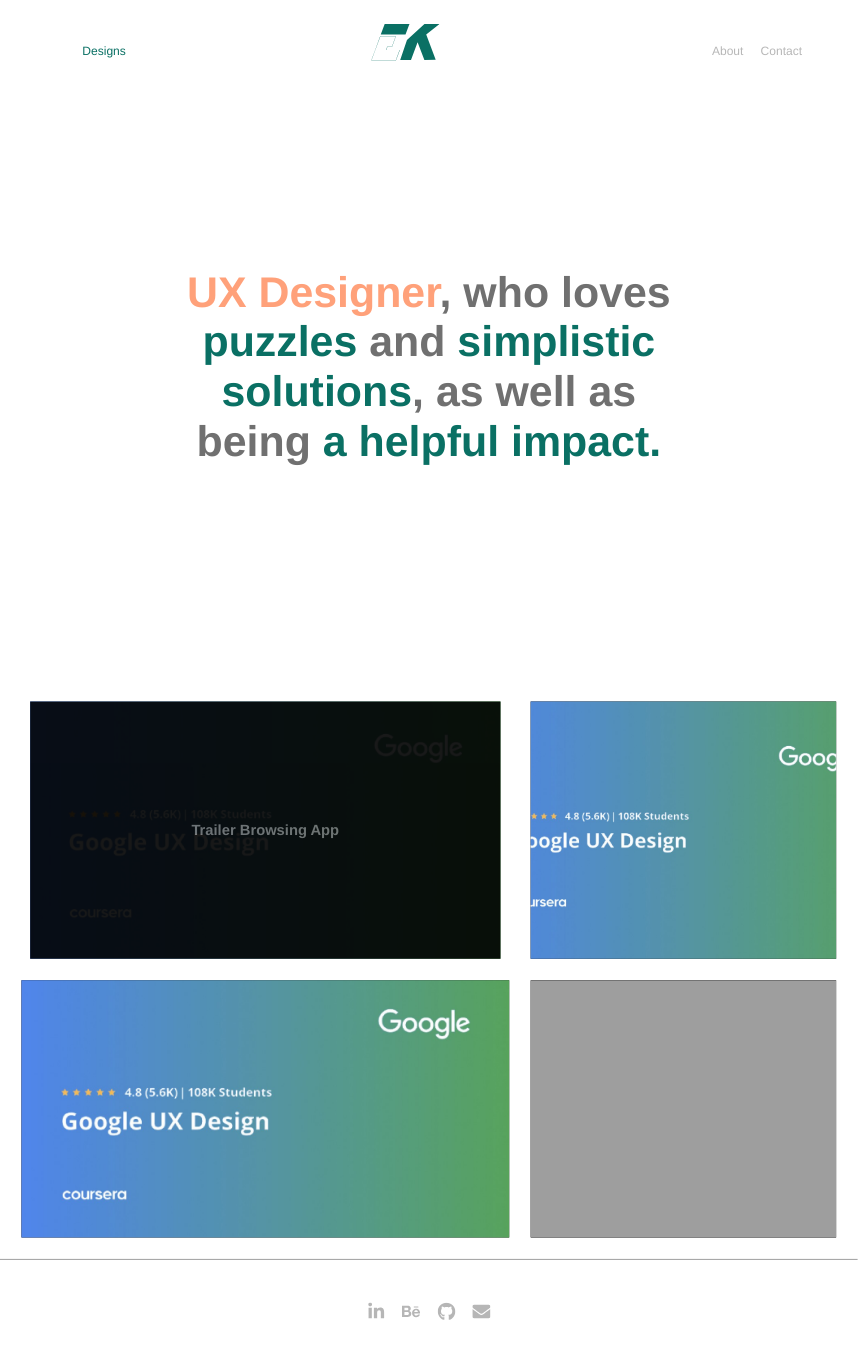
Repository: Kudom-E/Kudom-E.github.io
Page: /#/designs
These files come from the project's save history. The page is drawn as it stood at one moment and after a run of saves; the edit follows.
The browser window is 1280 px wide. The pictures show the whole page, at 67% of full size.
Pictures or frames that could not be fetched are drawn as grey boxes. The project was rebuilt for these pictures with package versions that can differ from the ones it lists, and the page was loaded fresh each time. Also part of the build but not shown: next.config.js, src/Pages/Splash/Splash.js, src/Pages/About/About.js, src/Pages/Contact/Contact.js, src/Pages/Project/Project.js, src/App.css.

Above is the page before, as saved 2022-03-31 22:38:21.

### public/index.html
<!DOCTYPE html>
<html lang="en">
  <head>
    <meta charset="utf-8" />
    <link rel="icon" href="%PUBLIC_URL%/favicon.ico" />
    <meta name="viewport" content="width=device-width, initial-scale=1" />
    <meta name="theme-color" content="#000000" />
    <meta
      name="description"
      content="Web site created using create-react-app"
    />
    <link rel="apple-touch-icon" href="%PUBLIC_URL%/logo192.png" />
    <!--
      manifest.json provides metadata used when your web app is installed on a
      user's mobile device or desktop. See https://developers.google.com/web/fundamentals/web-app-manifest/
    -->
    <link rel="manifest" href="%PUBLIC_URL%/manifest.json" />
    <!--
      Notice the use of %PUBLIC_URL% in the tags above.
      It will be replaced with the URL of the `public` folder during the build.
      Only files inside the `public` folder can be referenced from the HTML.

      Unlike "/favicon.ico" or "favicon.ico", "%PUBLIC_URL%/favicon.ico" will
      work correctly both with client-side routing and a non-root public URL.
      Learn how to configure a non-root public URL by running `npm run build`.
    -->
    <title>React App</title>
    <script type="text/javascript">
      // Single Page Apps for GitHub Pages
      // MIT License
      // https://github.com/rafgraph/spa-github-pages
      // This script checks to see if a redirect is present in the query string,
      // converts it back into the correct url and adds it to the
      // browser's history using window.history.replaceState(...),
      // which won't cause the browser to attempt to load the new url.
      // When the single page app is loaded further down in this file,
      // the correct url will be waiting in the browser's history for
      // the single page app to route accordingly.
      (function(l) {
        if (l.search[1] === '/' ) {
          var decoded = l.search.slice(1).split('&').map(function(s) {
            return s.replace(/~and~/g, '&')
          }).join('?');
          window.history.replaceState(null, null,
              l.pathname.slice(0, -1) + decoded + l.hash
          );
        }
      }(window.location))
    </script>
  </head>
  <body>
    <noscript>You need to enable JavaScript to run this app.</noscript>
    <div id="root"></div>
    <!--
      This HTML file is a template.
      If you open it directly in the browser, you will see an empty page.

      You can add webfonts, meta tags, or analytics to this file.
      The build step will place the bundled scripts into the <body> tag.

      To begin the development, run `npm start` or `yarn start`.
      To create a production bundle, use `npm run build` or `yarn build`.
    -->
  </body>
</html>

### src/index.css
body {
  margin: 0;
  font-family: 'Franklin Gothic Medium', 'Arial Narrow', Arial, sans-serif;
  -webkit-font-smoothing: antialiased;
  -moz-osx-font-smoothing: grayscale;
}

code {
  font-family: source-code-pro, Menlo, Monaco, Consolas, 'Courier New',
    monospace;
}

:root {
  --primary-color: #0A7064;
  --secondary-color: #FFA17A;
  --accent-color: #707070;
  --dark: #000000;
  --bright: #ffffff;
}

h1, h3, h4, a, p {
  color: var(--accent-color);
}

.details h1 {
  font-size: 5rem;
  color: var(--bright);
}

h1 {
  font-size: 4rem;
}

a {
  font-size: 1.125rem;
  opacity: 0.5;
  text-decoration: none;
  margin: 0 1vw;
}


ul a:hover {
  color: var(--primary-color);
  opacity: 1;
}

h2 {
  font-size: 2rem;
  color: var(--accent-color)
}

h3 {
  font-size: 1.375rem;
  margin: 0 1vw;
}

p {
  font-size: 1rem;
  margin: 0;
}

### src/App.js
import { BrowserRouter as Router, Route, HashRouter} from 'react-router-dom';
import { Routes } from "./Routes";
import './App.css';

function App() {
  return (
    <HashRouter>
    <div>
      {Routes.map((route, index) => {
        return (
          <Route
            key={index}
            path={route.path}
            exact={route.exact}
            component={ (props => {
              return (
                <route.layout {...props} splash={route.splash}>
                  <route.component {...props}/>
                </route.layout>
              );
            })}
          />
        );
      })}
    </div>
  </HashRouter>
  );
}

export default App;

### src/Routes.js
import Layout from "./Layout/Layout";
import Home from "./Pages/Home/Home";
import Splash from "./Pages/Splash/Splash";
import About from "./Pages/About/About"
import Contact from "./Pages/Contact/Contact"
import Project from "./Pages/Project/Project";

export const Routes = [
    {
        path: "/",
        exact: true,
        layout: Layout,
        component: Splash,
        splash: true
    },
    {
        path: "/designs",
        exact: true,
        layout: Layout,
        component: Home
    },
    {
        path: "/about",
        layout: Layout,
        component: About
    },
    {
        path: "/contact",
        layout: Layout,
        component: Contact
    },
    {
        path: "/trailer-browsing-project",
        layout: Layout,
        component: Project
    }
]

### src/Layout/Layout.js
import React from 'react'
import Footer from './Footer';
import Header from './Header'


const Layout = (props) => (
    <div style={{height: "100vh"}}>
        {!props.splash && <Header/>}
        {props.children}
        {!props.splash && <Footer/>}
    </div>
);
export default Layout;

### src/Pages/Home/Home.js
import React, { Component } from 'react'

class Home extends Component {
  render() {
    return (
      <div className='home'>
          <h1>
              <strong>UX Designer</strong>, who loves <b>puzzles </b>
                and <b> simplistic solutions</b>, as well as being
                <b> a helpful impact.</b>
            </h1>
            <div className='grid-container'>
                <a href="/#/trailer-browsing-project" className=' coursera'>
                  <div className='grid-item c-back'>
                    <h3>Trailer Browsing App</h3>
                  </div>
                </a>
                <div className='grid-item coursera'/>
                <div className='grid-item coursera'/>
                <div className='grid-item kace'/>
            </div>
      </div>
    )
  }
}
export default Home;

### src/Layout/Footer.js
import React from 'react'
import * as IconF from 'react-icons/fa'

function Footer() {
  return (
    <footer>
        <div>
            <a href='https://www.linkedin.com/in/emmanuel-kudom-agyemang-b93a4117a/'><IconF.FaLinkedinIn className='f-icon'/></a>
            <a href='https://www.behance.net/emmanuelk1'><IconF.FaBehance className='f-icon'/></a>
            <a href='https://github.com/Kudom-E'><IconF.FaGithub className='f-icon'/></a>
            <a href='mailto:emmanuekudomagyemang@gmail.com'><IconF.FaEnvelope className='f-icon'/></a>
        </div>
    </footer>
  )
}

export default Footer

### src/Layout/Header.js
import React from 'react'
import "./Layout.css"
import Logo from '../Logo.svg'
import { NavLink, withRouter } from 'react-router-dom'


function Header() {
  return (
    <header>
        <nav>
            <ul>
                <NavLink to="/designs" activeStyle={{color: "#0A7064", opacity: "1"}}>Designs</NavLink>
            </ul>
        </nav>
        <div className='logo-container'>
            <a href="/">
                <img className="logo" src={Logo} alt="logo"/>
            </a>
        </div>
        <nav>
            <ul>
                <NavLink to='/about' activeStyle={{color: "#0A7064", opacity: "1"}}>About</NavLink>
                <NavLink to='/contact' activeStyle={{color: "#0A7064", opacity: "1"}}>Contact</NavLink>
            </ul>
        </nav>
    </header>
  )
}

export default withRouter(Header);

### src/Pages/Pages.css
.splash {
    background-image: url("../Images/pexels-cottonbro-4069291.jpg");
    filter: blur(10px);
    height: 100%;
    background-position: center;
    background-size: cover;
    position: relative;
}
.cover {
    background: var(--accent-color);
    opacity: 0.4;
    position: absolute;
    top: 0;
    left: 0;
    height: 100%;
    width: 100%;
}
.details {
    position: absolute;
    z-index: 1000;
    width: 100%;
    text-align: center;
    top: 30vh;
}

.links {
    margin: 4rem;
    display: flex;
    justify-content: center;
}

.links a {
color: var(--primary-color);
}
.links p {
    color: var(--primary-color);
    margin-top: -5px;
}
strong {
    color: var(--secondary-color);
}
b {
    color: var(--primary-color);
}

.home h1, .project h1 {
    text-align: center;
    padding: 4em 4em 0;
}
.project h1 {
    padding: 2em 4em 0;
    margin-bottom: 0;
}


.intro {
    text-align: center;
    padding: 6em 6em 0
}
.sub-intro {
    text-align: center;
    padding: 2em 0 0;
}
.sub {
    opacity: 0.5;
    text-align: center;
    margin: 1em 0 0 0;
}

.goals {
    background-color: var(--accent-color);
    padding: 5em;
    justify-content: center;
    flex-direction: row;
}
.goals div {
    margin: 0 5vw;
}
.goals p {
    color: var(--bright);
    width: 30vw;
}
.goals h2 {
    color: var(--bright);
}

.grid-container {
    display: grid;
    grid-template-columns: auto auto;
    margin: 20em 0 0 0;
    padding: 2em;
    gap: 2em;
}

.grid-item {
    text-align: center;
    width: 100%;
    height: 30vw;
    margin: 0;
    background-color: #000000;
    display: flex;
    align-items: center;
    justify-content: center;
}
.c-back {
    opacity: .9;
}
.coursera {
    background-image: url("../Images/coursera.png");
    background-size: cover;
    background-position: center;
    background-repeat: no-repeat;
    opacity: 1;
}

.kace {
    background-image: url("../Images/kace.jpg");
    background-size: cover;
    background-position: center;
    background-repeat: no-repeat;
}
section {
    margin: 5rem 0  0 0;
    display: flex;
    flex-direction: column;
    align-items: center;
}
.top {
    margin: 0;
}

section h3 {
    margin: 3rem 0 0 0;
}
section .mid {
    width: 60vw;
}

.goal-card, .problem-card {
    padding: 4rem;
    text-align: center;
}
.goal-card {
    background-color: var(--secondary-color);
}

.goal-card h2, .problem-card h2 {
    color: var(--bright);
}
.card {
    margin: 2rem 0 2rem 0;
}
.problem-card {
    background-color: var(--primary-color);
    width: 65vw;
}
.idea-card {
    display: flex;
}
.finish {
    margin: 6rem 0 0 0;
}
.display {
    background-color: #F5F5F5;
    height: 40vw;
}
.finish-line {
    background-image: url("../Images//finish.jpg");
    background-size: cover;
    background-position: center;
    background-repeat: no-repeat;
    height: 30vw;
    width: 100%;
    display: flex;
    justify-content: center;
    align-items: center;
}
.dark-cover {
    background: var(--dark);
    opacity: 0.8;
    height: 100%;
    width: 100%;
}
.display {
    display: flex;
    justify-content: center;
    padding: 4rem 0;
    width: 100%;
}
section a {
    width: 100%;
}
.map-card {
    margin-bottom: -4rem;
}
.finish-text {
    position: absolute;
    text-align: center;
    width: 100%;
}
.finish-text h2, .finish-text p {
    color: var(--bright);
}

### src/Layout/Layout.css
header {
    height: 50px;
    background-color: #ffffff;
    margin: 50px 0 0 0;
    padding: 0 70px;
    display: flex;
    justify-content: space-between;
}
.logo-container a {
    opacity: 1;
}

.logo {
    width: 8vw;
    height: 8vw;
    margin: -3vw 0 0 0;
  }
footer {
    border-top: .1rem solid var(--accent-color);
    display: flex;
    align-items: center;
    justify-content: center;
    padding: 4rem 5rem;
}
.f-icon {
    font-size: 1.5em;
}
footer a:hover {
    opacity: 1;
}

Loaded but not shown: src/index.js (common file); src/reportWebVitals.js (common file)

After the next 2 saves:
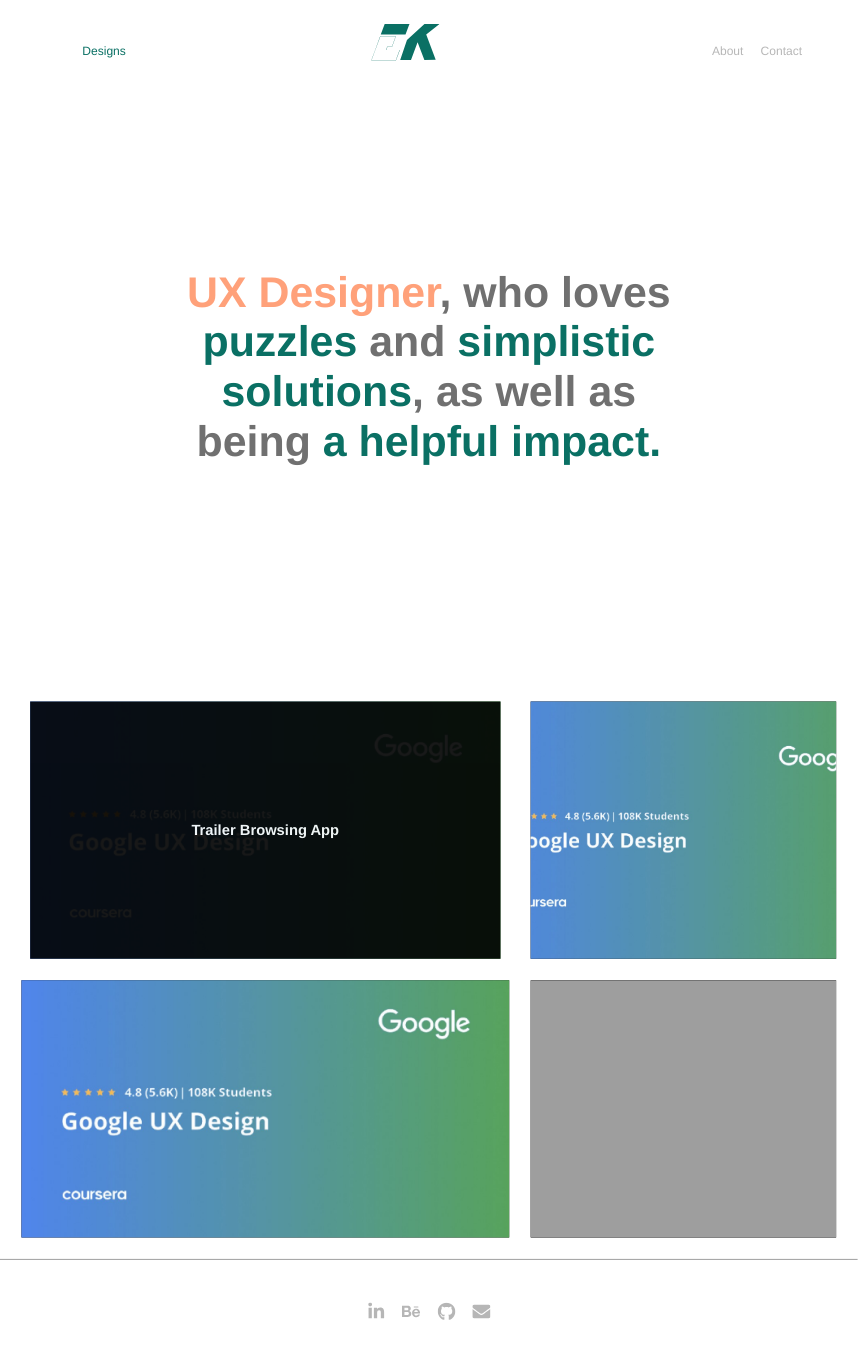
The 2 saves are shown as one change because they came seconds apart.
The last was saved 38 s later.
--- a/src/Pages/Pages.css
+++ b/src/Pages/Pages.css
@@ -105,6 +105,9 @@
 .c-back {
     opacity: .9;
 }
+.c-back h3 {
+    color: var(--bright);
+}
 .coursera {
     background-image: url("../Images/coursera.png");
     background-size: cover;
